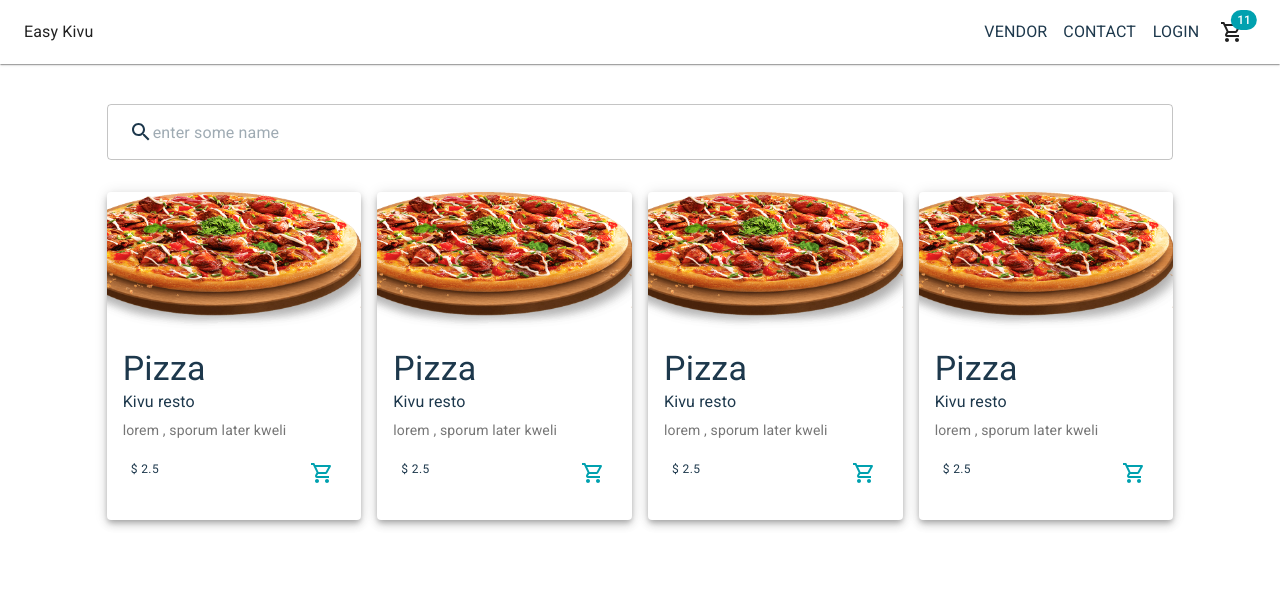
Repository: kilamaelie/jokes-dapp
Page: /
These files come from the project's save history. The page is drawn as it stood at one moment and after the next save; the edit follows.
The browser window is 1280 px wide. The pictures show the whole page.
The project was rebuilt for these pictures with package versions that can differ from the ones it lists, and the page was loaded fresh each time. Also part of the build but not shown: src/ui/page/dashboard/dashboard.js.

Above is the page before, as saved 2021-06-28 02:31:31.

After the next save:
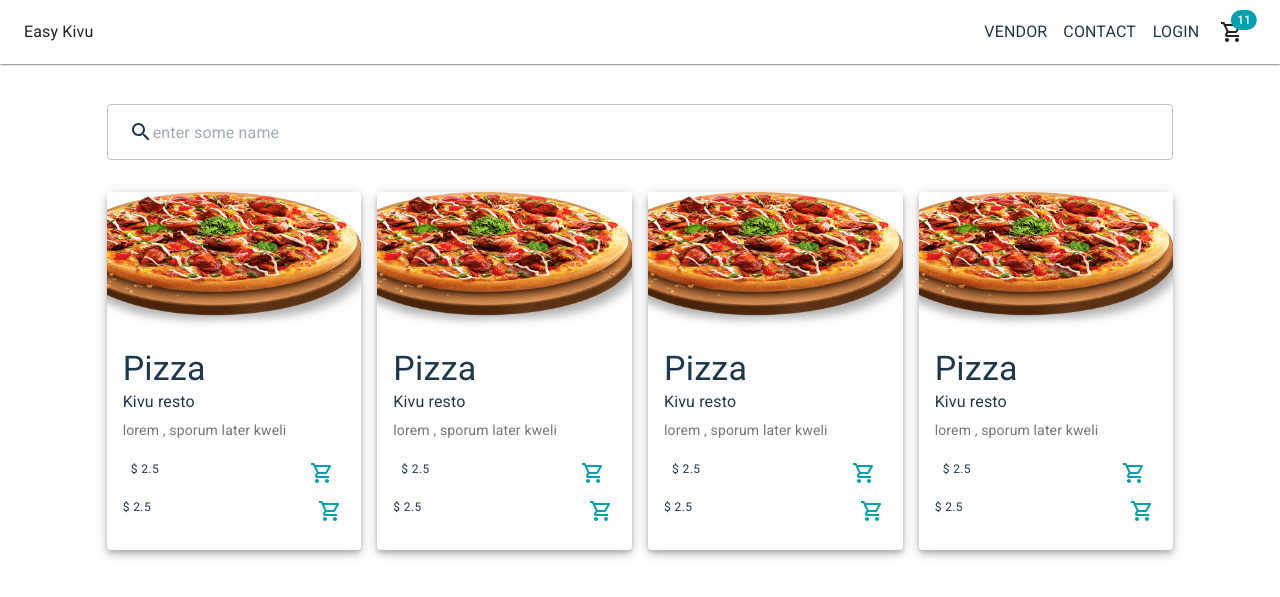
Saved 15 min 39 s later.
--- a/src/ui/page/website/screen/widget/card.js
+++ b/src/ui/page/website/screen/widget/card.js
@@ -47,6 +47,20 @@ const CardItem =()=>{
             </Grid>
           </Grid>
         </CardActions>
+        <Grid container>
+            <Grid item sm={6} md={6} xs={6} justify="center">
+              <Typography variant="caption">
+                $ 2.5
+              </Typography>
+            </Grid>
+            <Grid item md={6} xs={6}>
+              <Grid container direction="column" justify="center" alignItems="flex-end">
+              <IconButton size="small" color="secondary" >
+                <ShoppingCartOutlinedIcon/>
+              </IconButton>
+              </Grid>
+            </Grid>
+          </Grid>
         </CardContent>
       </Card>
     )
